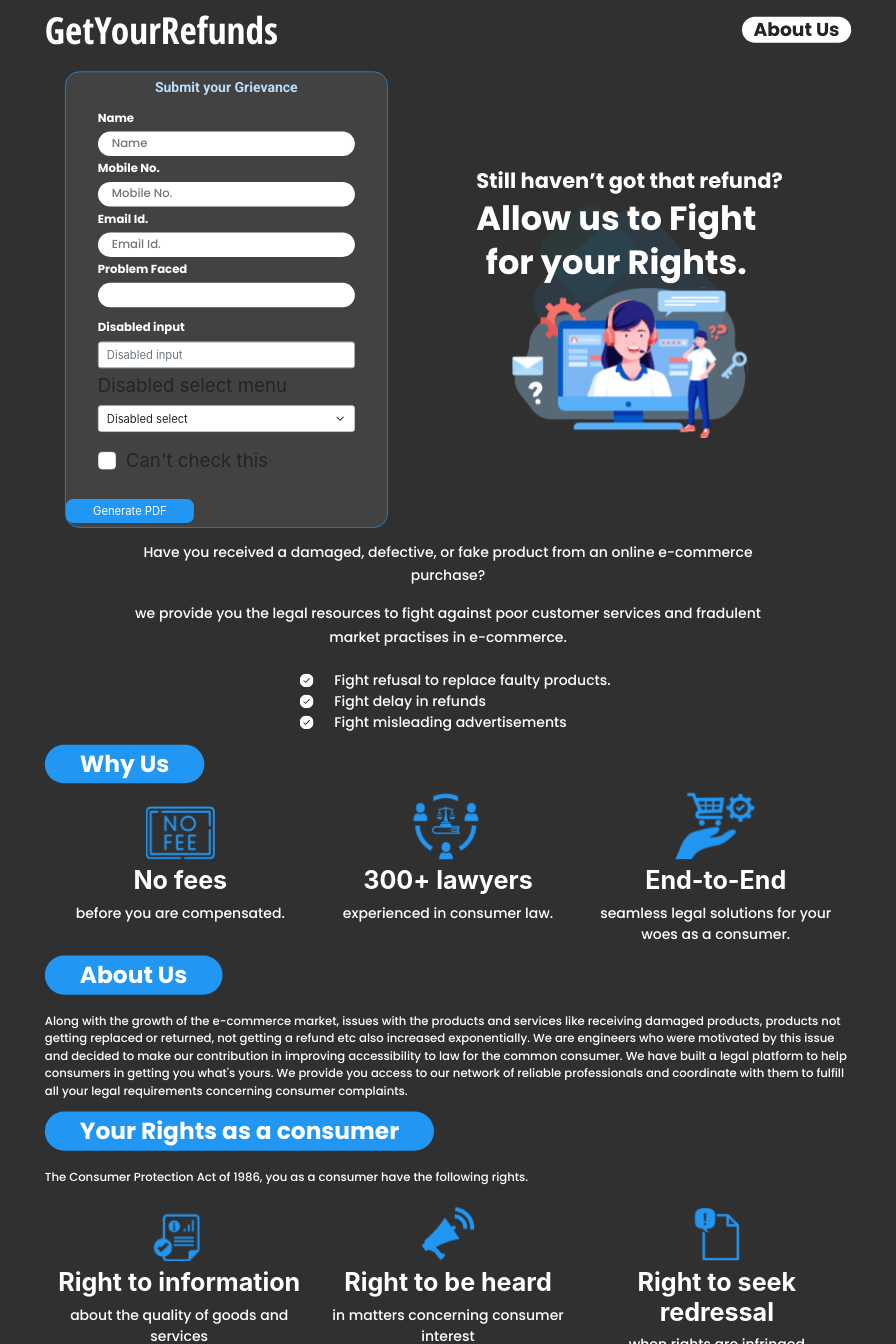
Repository: Eren00Yeager/initial-survey
Page: /consumer-complaints
These files come from the project's save history. The page is drawn as it stood at one moment and after a run of saves; the edit follows.
The browser window is 1280 px wide. The pictures show the part of the page from y = 0 to 1920 px (the page is 2873 px tall before and 2869 px after), at 70% of full size.
Some web fonts or font styles are not loaded; a fallback is used. The project was rebuilt for these pictures with package versions that can differ from the ones it lists, and the page was loaded fresh each time. The framework's server and built-in components were replaced by stand-ins that run in the browser. Also part of the build but not shown: next.config.js.

Above is the page before, as saved 2022-07-14 11:56:56.

### pages/consumer-complaints.jsx
import Head from "next/head";
import Image from "next/image";
import consumerStyles from "../styles/consumer.module.css";
import svg from "../pic/mark.svg";
import im from "../pic/i2.svg";
import i1 from "../pic/nofee.svg";
import i2 from "../pic/law.svg";
import i3 from "../pic/end2.svg";
import j1 from "../pic/info.svg";
import j2 from "../pic/heard.svg";
import j3 from "../pic/seek.svg";
import j4 from "../pic/free.svg";
import j5 from "../pic/safe.svg";
import a from "../pic/carrow.svg";
import f from "../pic/foot.svg";
import z1 from "../pic/in.svg";
import z2 from "../pic/tweet.svg";
import z3 from "../pic/mail.svg";
import { Col,Row,Form,Button,Accordion } from 'react-bootstrap';
import { useState,useEffect } from "react";


export default function consumer() {

    const [name, setName] = useState('');
    const [mobile, setMobile] = useState('');
    const [email, setEmail] = useState('');
    const [problem, setProblem] = useState('');
    const [error, seterror] = useState('');
    const [st, setst] = useState(false);
    const emailValidation = () => {
        const regex = /^(([^<>()[\]\.,;:\s@\"]+(\.[^<>()[\]\.,;:\s@\"]+)*)|(\".+\"))@(([^<>()[\]\.,;:\s@\"]+\.)+[^<>()[\]\.,;:\s@\"]{2,})$/i;
        if (!email || regex.test(email) === false) {

            seterror("Email is not valid");

            return false;
        }
        return true;
    }
    const submitHandler = async (e) => {
        e.preventDefault();

        console.log([name, mobile, email, problem])
        if (emailValidation()) {
            try {
                const response = await fetch("/api/consumersheet", {
                    method: "POST",
                    body: JSON.stringify({ name, mobile, email, problem }),
                    headers: {
                        'Content-Type': 'application/json',
                    },
                })
                if (await response.status == 201) {
                    setst(true)
                } else {
                    throw response.json()
                }


            } catch (e) {
                console.log(e)
                alert("There was an error in submitting\nPlease try again")
                setName('');
                setMobile('');
                setEmail('');
                setProblem('');
                setst(false);
            }
        }
    }

    const [windowSize, setWindowSize] = useState({
        width: "",
        height: "",
    });

    useEffect(() => {
        // only execute all the code below in client side
        if (typeof window !== 'undefined') {
            // Handler to call on window resize
            function handleResize() {
                // Set window width/height to state
                setWindowSize({
                    width: window.innerWidth,
                    height: window.innerHeight,
                });
            }

            // Add event listener
            window.addEventListener("resize", handleResize);

            // Call handler right away so state gets updated with initial window size
            handleResize();

            // Remove event listener on cleanup
            return () => window.removeEventListener("resize", handleResize);
        }
    }, []); // Empty array ensures that effect is only run on mount
    function handleScroll() {
        window.scroll({
            top: document.body.offsetHeight,
            left: 0,
            behavior: 'smooth',
        });
    }

    const thnk = (
        <div className={consumerStyles.tnk}>
            <div className={consumerStyles.thank}>Thank you for
                signing up with us.
                We will soon
                reach out to you.</div>
        </div>
    )
    const frm = (
        <Form className={consumerStyles.frm} onSubmit={submitHandler}>
            <div className={consumerStyles.grev}>
                Submit your Grievance
            </div>
            <div className={consumerStyles.details}>
                <div className={consumerStyles.det}>
                    <div className={consumerStyles.nam}>Name</div>
                    <input type="text" placeholder="Name" className={consumerStyles.plc} value={name} required onChange={(e) => setName(e.target.value)}></input>
                </div>
                <div className={consumerStyles.det}>
                    <div className={consumerStyles.nam}>Mobile No.</div>
                    <input type="text" placeholder="Mobile No." pattern="[0-9]{10}" className={consumerStyles.plc} required value={mobile} onChange={(e) => setMobile(e.target.value)}></input>
                </div>
                <div className={consumerStyles.det}>
                    <div className={consumerStyles.nam}>Email Id.</div>
                    <input type="text" placeholder="Email Id." className={consumerStyles.plc} value={email} required onChange={(e) => setEmail(e.target.value)}></input>
                    <div className={consumerStyles.err}>{error}</div>
                </div>
                <div className={consumerStyles.det}>
                    <div className={consumerStyles.nam}>Problem Faced</div>
                    <input type="text" placeholder="" className={consumerStyles.plc} value={problem} required onChange={(e) => setProblem(e.target.value)}></input>
                </div>
                <Form.Group  className={consumerStyles.det}>
        <Form.Label className={consumerStyles.nam}>Disabled input</Form.Label>
        <Form.Control placeholder="Disabled input" />
      </Form.Group>
      <Form.Group className="mb-3">
        <Form.Label>Disabled select menu</Form.Label>
        <Form.Select >
          <option>Disabled select</option>
          <option>dsafjn</option>
          <option>kskjdjnfojn</option>
        </Form.Select>
      </Form.Group>
      <Form.Group className="mb-3">
        <Form.Check type="checkbox" label="Can't check this" />
      </Form.Group>

            </div>
            {/* <div className={consumerStyles.terms}>
                <input className={consumerStyles.sub} type="submit" value="SUBMIT"></input>
            </div> */}
            <Button variant="primary" className={consumerStyles.sub} >
            Generate PDF
            </Button>



</Form>
    )
    return (
        <div className={consumerStyles.s}>
            <Head>
                <title>Consumer Complaints</title>
                <meta name="description" content="" />
                <link rel="icon" href="/favicon.ico" />
                <link href='https://fonts.googleapis.com/css?family=Open Sans Condensed:700' rel='stylesheet'></link>
            </Head>

            <div className={consumerStyles.container}>

                <div className={consumerStyles.head}>
                    <div className={consumerStyles.hd}>
                        GetYourRefunds
                    </div>

                    <div>
                        <a href="#about-us" className={consumerStyles.btn} onClick={handleScroll}>About Us</a>
                    </div>
                </div>
                <div className={consumerStyles.main}>

                    {st ? thnk : frm}
                    <div className={consumerStyles.tct}>
                        <div className={consumerStyles.py} style={windowSize.width > 900 ? {position:"relative",width:"32.552vw"} : {position:"relative",width:"250px"}} >
                            <Image src={im} layout="responsive"/>
                        </div>
                        <div className={consumerStyles.t1}>
                            <div className={consumerStyles.title}>
                                <div className={consumerStyles.title2}>
                                    Still haven’t got that refund?
                                </div>

                                <div className={consumerStyles.title1}>
                                    Allow us to Fight <br></br>for your Rights.
                                </div>
                            </div>
                        </div>

                    </div>

                </div>

                <div className={consumerStyles.fo}>

                    <div className={consumerStyles.mid}>
                        Have you received a damaged, defective, or fake product from an online e-commerce purchase?
                    </div>
                    <div className={consumerStyles.mid}>
                        we provide you the legal resources to fight against
                        poor customer services and fradulent market practises in
                        e-commerce.
                    </div>
                    <div className={consumerStyles.points}>
                        <div>
                            <div className={consumerStyles.p}>
                                <div className={consumerStyles.i}>
                                    <Image src={svg} />
                                </div>
                                <div className={consumerStyles.t}>
                                    Fight refusal to replace faulty products.
                                </div>
                            </div>
                            <div className={consumerStyles.p}>
                                <div className={consumerStyles.i}>
                                    <Image src={svg} />
                                </div>
                                <div className={consumerStyles.t}><div>Fight delay in refunds</div></div>
                            </div>
                            <div className={consumerStyles.p}>
                                <div className={consumerStyles.i}>
                                    <Image src={svg} />
                                </div>
                                <div className={consumerStyles.t}>
                                    Fight misleading advertisements
                                </div>
                            </div>
                        </div>
                    </div>

                </div>
                <div className={consumerStyles.sect}>
                    <div className={consumerStyles.sech}>Why Us</div>
                    <div className={consumerStyles.fwrap}>
                        <div className={consumerStyles.box}>
                            <div className={consumerStyles.bsvg} ><div style={windowSize.width > 900 ? {  width:"7.747vw",position:"relative"}:{  width:"30vw",position:"relative"}}><Image src={i1} layout="responsive"></Image></div></div>
                            <div className={consumerStyles.des}>
                                <span className={consumerStyles.des1}> No fees </span>
                                <span className={consumerStyles.des2}>before you are compensated.</span>
                            </div>
                        </div>
                        <div className={consumerStyles.box}>
                           <div className={consumerStyles.bsvg}> <div style={windowSize.width > 900 ?{ width:"12.240vw",position:"relative"}:{  width:"50vw",position:"relative"}}><Image src={i2} layout="responsive"></Image></div></div>
                            <div className={consumerStyles.des}>
                                <span className={consumerStyles.des1}>300+ lawyers </span>
                                <span className={consumerStyles.des2}>experienced in consumer law. </span>
                            </div>
                        </div>
                        <div className={consumerStyles.box}>
                            <div className={consumerStyles.bsvg}><div style={windowSize.width > 900 ?{ width:"13.477vw",position:"relative"}:{  width:"50vw",position:"relative"}}><Image src={i3} layout="responsive"></Image></div></div>
                            <div className={consumerStyles.des}>
                                <span className={consumerStyles.des1}>End-to-End</span>
                                <span className={consumerStyles.des2}>seamless legal solutions for your woes  as a consumer.</span>
                            </div>
                        </div>
                    </div>
                </div>
                <div className={consumerStyles.sect} id="about-us">
                    <div className={consumerStyles.sech}>About Us</div>
                    <div className={consumerStyles.abt}>Along with the growth of the e-commerce market, issues with the products and services like receiving damaged products, products not getting replaced or returned, not getting a refund etc also increased exponentially.  We are engineers who were motivated by this issue and decided to make our contribution in improving accessibility to law for the common consumer. We have built a legal platform to help consumers in getting you what's yours. We provide you access to our network of reliable professionals and coordinate with them to fulfill all your legal requirements concerning consumer complaints.   </div>
                </div>
                <div className={consumerStyles.sect}>
                    <div className={consumerStyles.sech}>Your Rights as a consumer</div>
                    <div className={consumerStyles.abt}>The Consumer Protection Act of  1986, you as a consumer have the following rights.</div>
                    <div className={consumerStyles.fwrap}>
                        <div className={consumerStyles.box}>
                        <div className={consumerStyles.bsvg} ><div style={windowSize.width > 900 ?{  width:"6.120vw",position:"relative"}:{  width:"30vw",position:"relative"}}><Image src={j1} layout="responsive"></Image></div></div>
                            <div className={consumerStyles.des}>
                                <span className={consumerStyles.des1}> Right to information </span>
                                <span className={consumerStyles.des2}>about the quality of goods and services</span>
                            </div>
                        </div>
                        <div className={consumerStyles.box}>
                        <div className={consumerStyles.bsvg} ><div style={windowSize.width > 900 ?{  width:"9.440vw",position:"relative"}:{  width:"50vw",position:"relative"}}><Image src={j2} layout="responsive"></Image></div></div>
                            <div className={consumerStyles.des}>
                                <span className={consumerStyles.des1}>Right to be heard </span>
                                <span className={consumerStyles.des2}>in matters concerning consumer interest </span>
                            </div>
                        </div>
                        <div className={consumerStyles.box}>
                        <div className={consumerStyles.bsvg} ><div style={windowSize.width > 900 ?{  width:"12.891vw",position:"relative"}:{  width:"70vw",position:"relative"}}><Image src={j3} layout="responsive"></Image></div></div>
                            <div className={consumerStyles.des}>
                                <span className={consumerStyles.des1}>Right to seek redressal</span>
                                <span className={consumerStyles.des2}> when rights are infringed</span>
                            </div>
                        </div>
                        <div className={consumerStyles.box}>
                        <div className={consumerStyles.bsvg} ><div style={windowSize.width > 900 ?{  width:"7.161vw",position:"relative"}:{  width:"30vw",position:"relative"}}><Image src={j4} layout="responsive"></Image></div></div>
                            <div className={consumerStyles.des}>
                                <span className={consumerStyles.des1}>Right to freely choose</span>
                                <span className={consumerStyles.des2}> from goods & services </span>
                            </div>
                        </div>
                        <div className={consumerStyles.box}>
                        <div className={consumerStyles.bsvg} ><div style={windowSize.width > 900 ?{  width:"8.594vw",position:"relative"}:{  width:"40vw",position:"relative"}}><Image src={j5} layout="responsive"></Image></div></div>
                            <div className={consumerStyles.des}>
                                <span className={consumerStyles.des1}>Right to safety</span>
                                <span className={consumerStyles.des2}> from hazardous goods & services</span>
                            </div>
                        </div>
                    </div>
                </div>
                <div className={consumerStyles.sect}>
                    <div className={consumerStyles.sech}>The Process</div>
                    <div className={consumerStyles.proc}>
                        <div className={consumerStyles.pr}>
                            <div className={consumerStyles.pu}>1) Inform us about your problem</div>
                            <div className={consumerStyles.pd}>Our legal advisory team will get in touch with you and collect the details regarding your issue.</div>
                        </div>
                       {windowSize.width > 900 ? <div style={{  width:"3.971vw",position:"relative"}}><Image src={a} layout="responsive"></Image></div> : ""}
                        <div className={consumerStyles.pr}>
                            <div className={consumerStyles.pu}>2) Filing a legal notice</div>
                            <div className={consumerStyles.pd}>Our legal team will then file a legal notice against the seller involved in the issue.</div>
                        </div>
                        {windowSize.width > 900 ? <div style={{  width:"3.971vw",position:"relative"}}><Image src={a} layout="responsive"></Image></div> : ""}
                        <div className={consumerStyles.pr}>
                            <div className={consumerStyles.pu}>3) Consumer Court</div>
                            <div className={consumerStyles.pd}>In case the company does not respond, our trusted network of lawyers will fight the case in consumer court and resolve the case.</div>
                        </div>

                    </div>
                </div>
                <div className={consumerStyles.sect}>
                    <div className={consumerStyles.sech}>FAQs</div>
                    <div className={consumerStyles.qa}>
                        <div className={consumerStyles.ques}>Q. What is the amount I have to pay to get my issue resolved?</div>
                        <div className={consumerStyles.ans}>A: You do not have to pay any fees upfront. A commission of 10% will be charged if we are successful in getting your issue resolved. This legal fees would also be compensated by the vendor against whom you are raising a complaint.</div>
                    </div>
                    <div className={consumerStyles.qa}>
                        <div className={consumerStyles.ques}>Q. How long does it take to resolve a consumer complaint ?</div>
                        <div className={consumerStyles.ans}>A: In some cases the company resolves the complaint within 15 days after they recieve the legal notice . If the company does not resolve the complaint, it may take on average 8-18 months to resolve the issue through consumer courts.</div>
                    </div>
                </div>
                <div className={consumerStyles.foot} >
                    <div className={consumerStyles.ab1}>
                        <div className={consumerStyles.ftxt}>GetYourRefunds</div>
                        <div className={consumerStyles.cprt}>© Copyright 2022</div>
                    </div>
                    <div className={consumerStyles.ab2}>
                        <a href="https://www.linkedin.com/company/getyourrefund/" style={windowSize.width > 900 ? { width: '3.255vw', position: 'relative' } : { width: '20vw', position: 'relative' }}><Image src={z1} layout='responsive'></Image></a>
                        <a href="https://twitter.com/getyourrefunds" style={windowSize.width > 900 ? { width: '3.255vw', position: 'relative' }: { width: '20vw', position: 'relative' }}><Image src={z2} layout='responsive'></Image></a>
                        <a href="mailto:getyourrefunds@gmail.com" style={windowSize.width > 900 ? { width: '3.255vw', position: 'relative' }: { width: '20vw', position: 'relative' }}><Image src={z3} layout='responsive'></Image></a>

                    </div>
                    {windowSize.width > 900 ? <div style={{ width: '100%', position: 'relative' }}>
                        <Image src={f} layout='responsive'></Image>
                    </div> : ""}

                </div>
            </div>
        </div>

    );
}

### styles/globals.scss
@import "~bootstrap/scss/bootstrap";
html,
body {
  padding: 0;
  margin: 0;
  font-family: -apple-system, BlinkMacSystemFont, Segoe UI, Roboto, Oxygen,
    Ubuntu, Cantarell, Fira Sans, Droid Sans, Helvetica Neue, sans-serif;
}

a {
  color: inherit;
  text-decoration: none;
}

* {
  box-sizing: border-box;
}

Loaded but not shown: pages/_app.js (common file); styles/consumer.module.css (969 lines, source omitted)

After the next 2 saves:
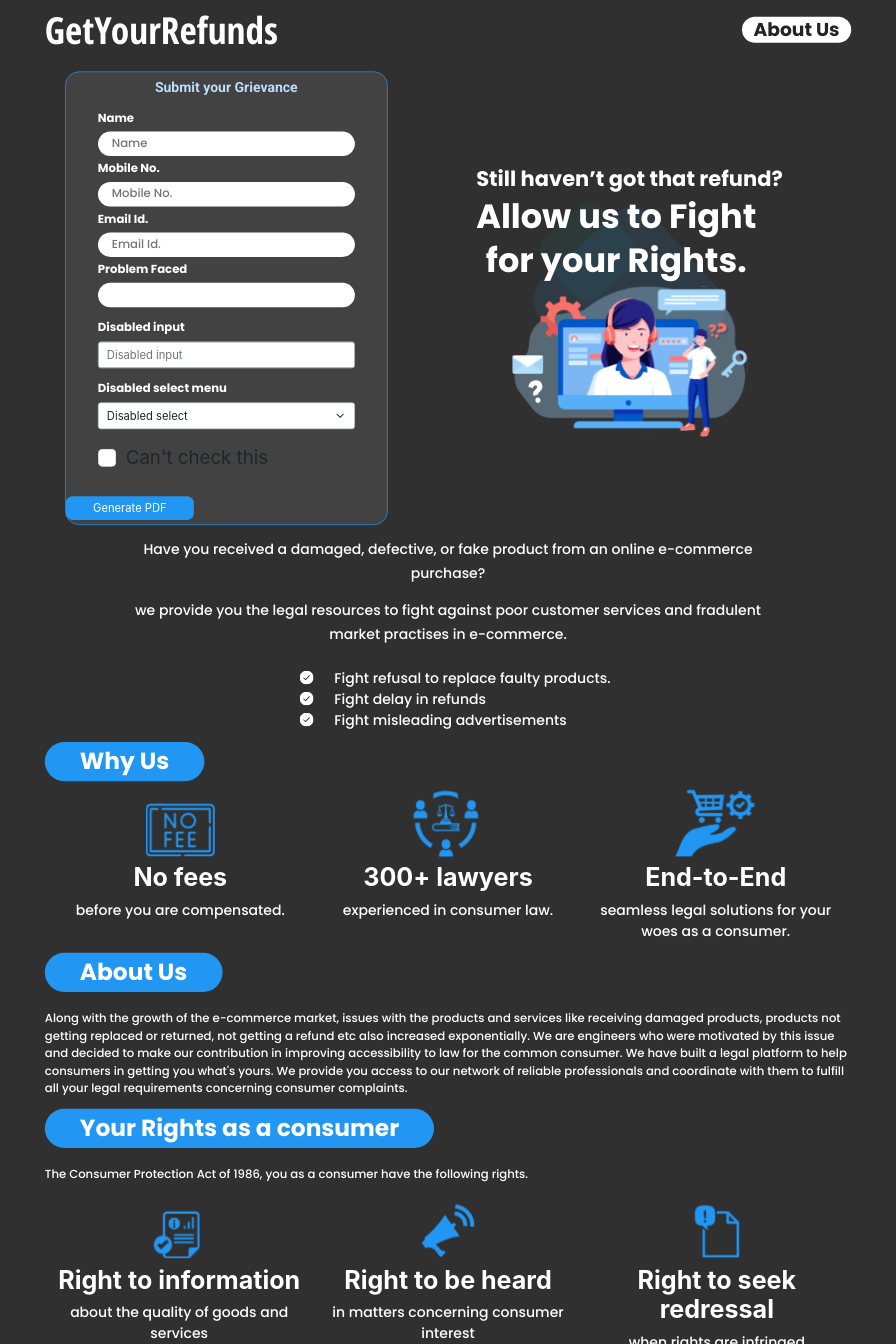
The 2 saves are shown as one change because 1 did not build or start.
The last was saved 41 s later.
--- a/pages/consumer-complaints.jsx
+++ b/pages/consumer-complaints.jsx
@@ -141,7 +141,7 @@ export default function consumer() {
         <Form.Control placeholder="Disabled input" />
       </Form.Group>
       <Form.Group className="mb-3">
-        <Form.Label>Disabled select menu</Form.Label>
+        <Form.Label className={consumerStyles.nam}>Disabled select menu</Form.Label>
         <Form.Select >
           <option>Disabled select</option>
           <option>dsafjn</option>
